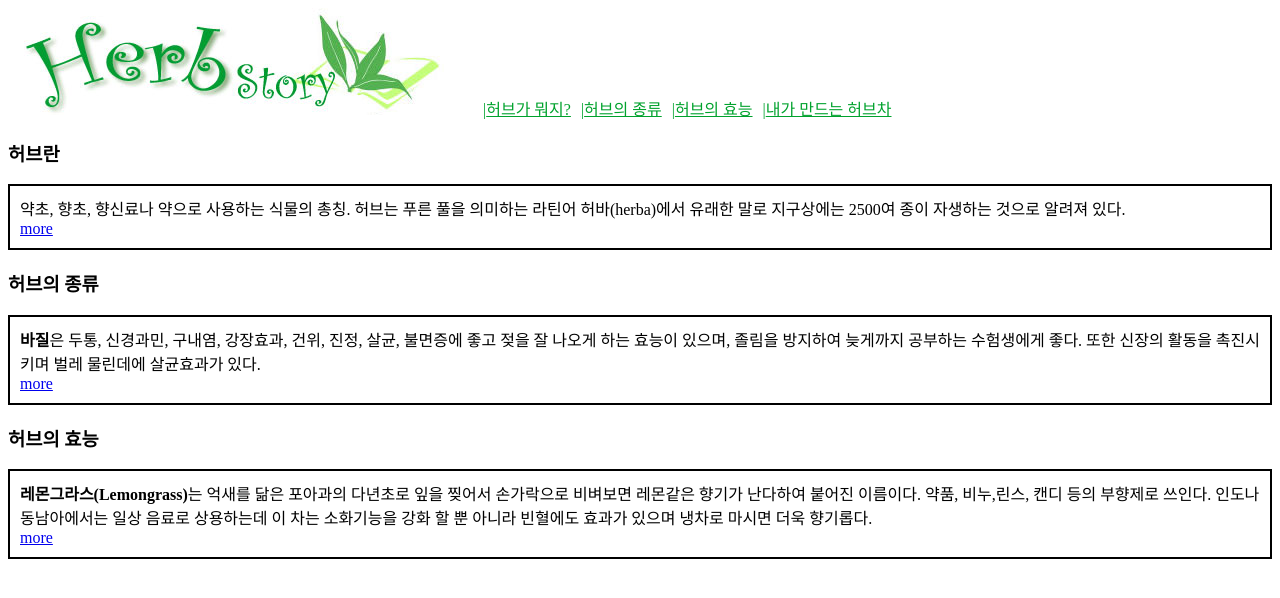
Repository: gus-123/Edu_KCC_HTML
Page: CSS/WebContent/menu.htm
An editor plug-in stored every save of this project. The page is shown before and after the next save, followed by the edit.
The browser window is 1280 px wide. The pictures show the whole page.

Above is the page before, as saved 2024-07-09 06:45:53.

After the next save:
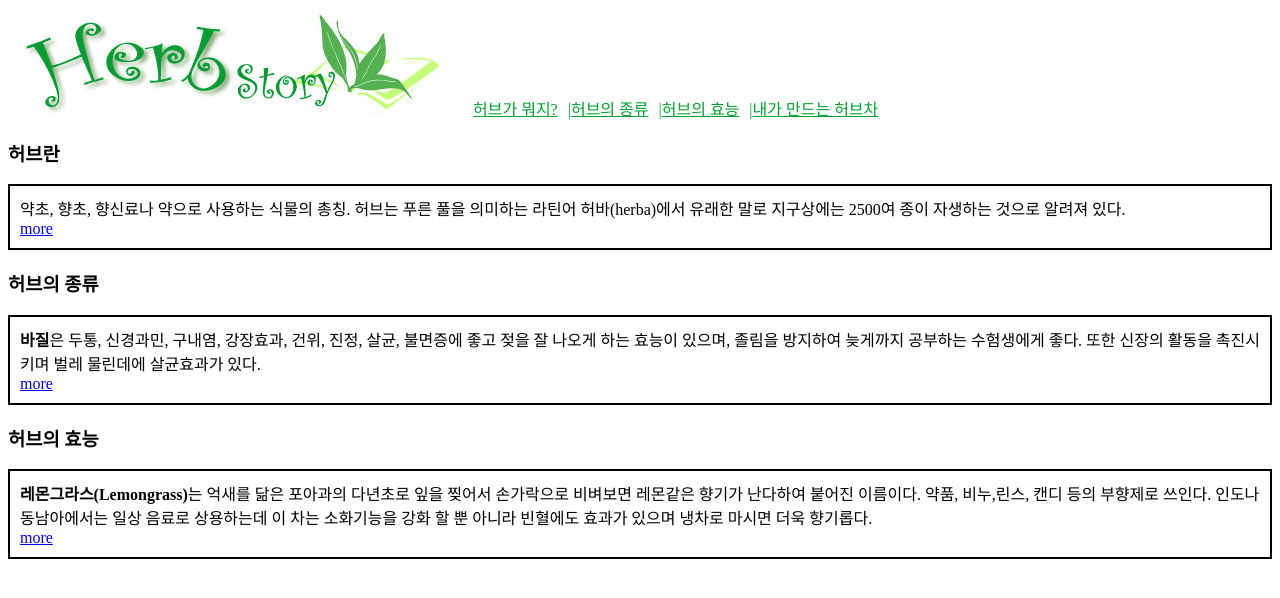
Saved 41 s later.
--- a/CSS/WebContent/menu.htm
+++ b/CSS/WebContent/menu.htm
@@ -12,7 +12,7 @@
 	margin-left: 25px;
 }
 
-#pipe .first: before {
+#pipe .first :before {
 	content: none;
 }
 

After the save that followed:
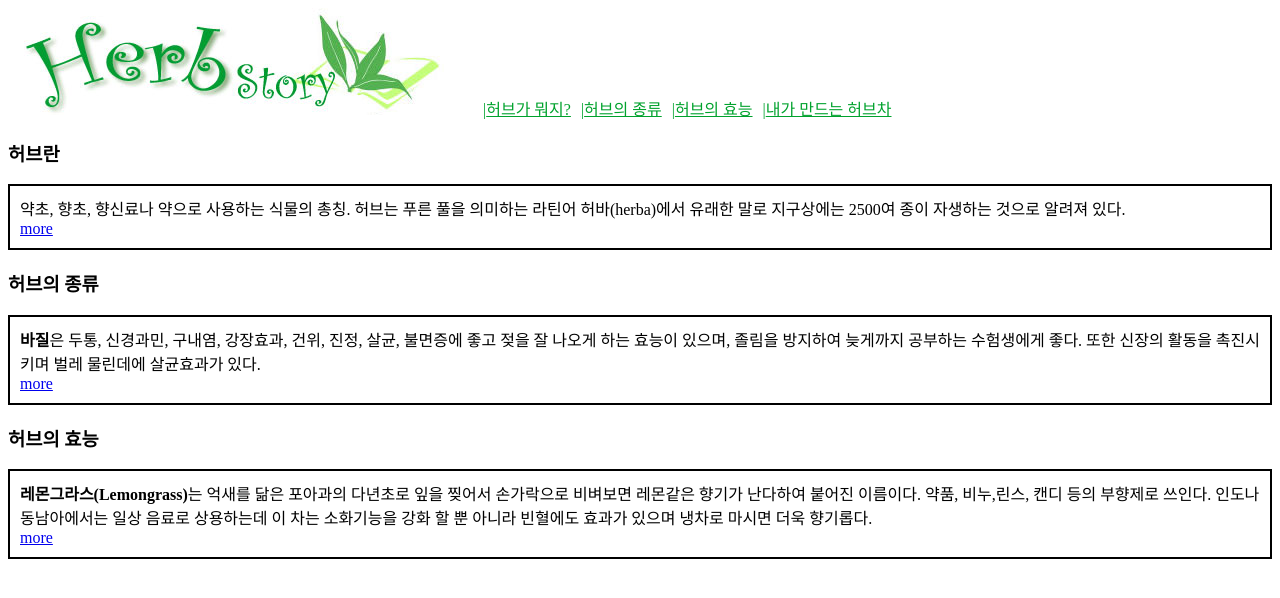
Saved 8 s later.
--- a/CSS/WebContent/menu.htm
+++ b/CSS/WebContent/menu.htm
@@ -12,7 +12,7 @@
 	margin-left: 25px;
 }
 
-#pipe .first :before {
+#pipe.first :before {
 	content: none;
 }
 
